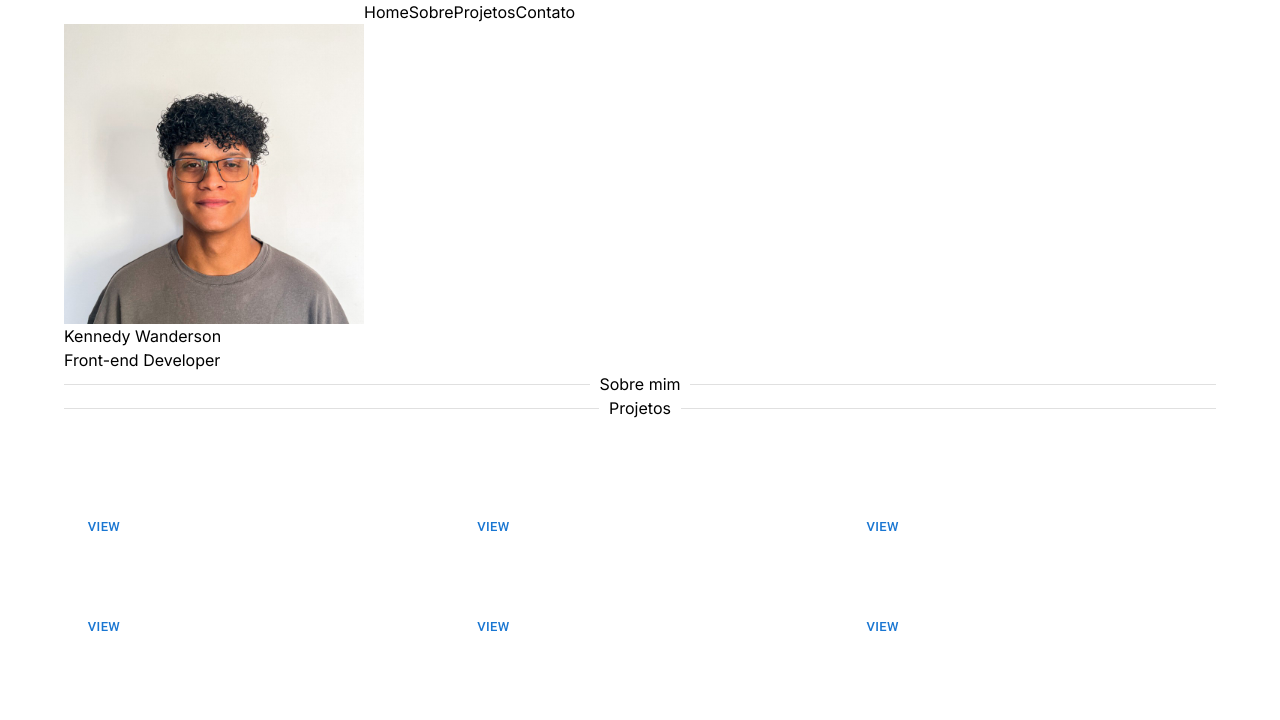
Repository: KennedyWanderson/landing
Page: /
The author's editor kept a copy of each file at every save. The page is drawn from the files as they stood at one save, then again after the next save.
The browser window is 1280 px wide. The pictures show the whole page.
The project was rebuilt for these pictures with package versions that can differ from the ones it lists, and the page was loaded fresh each time. The framework's server and built-in components were replaced by stand-ins that run in the browser. Also part of the build but not shown: next.config.js.

Above is the page before, as saved 2024-01-07 11:17:29.

After the next save:
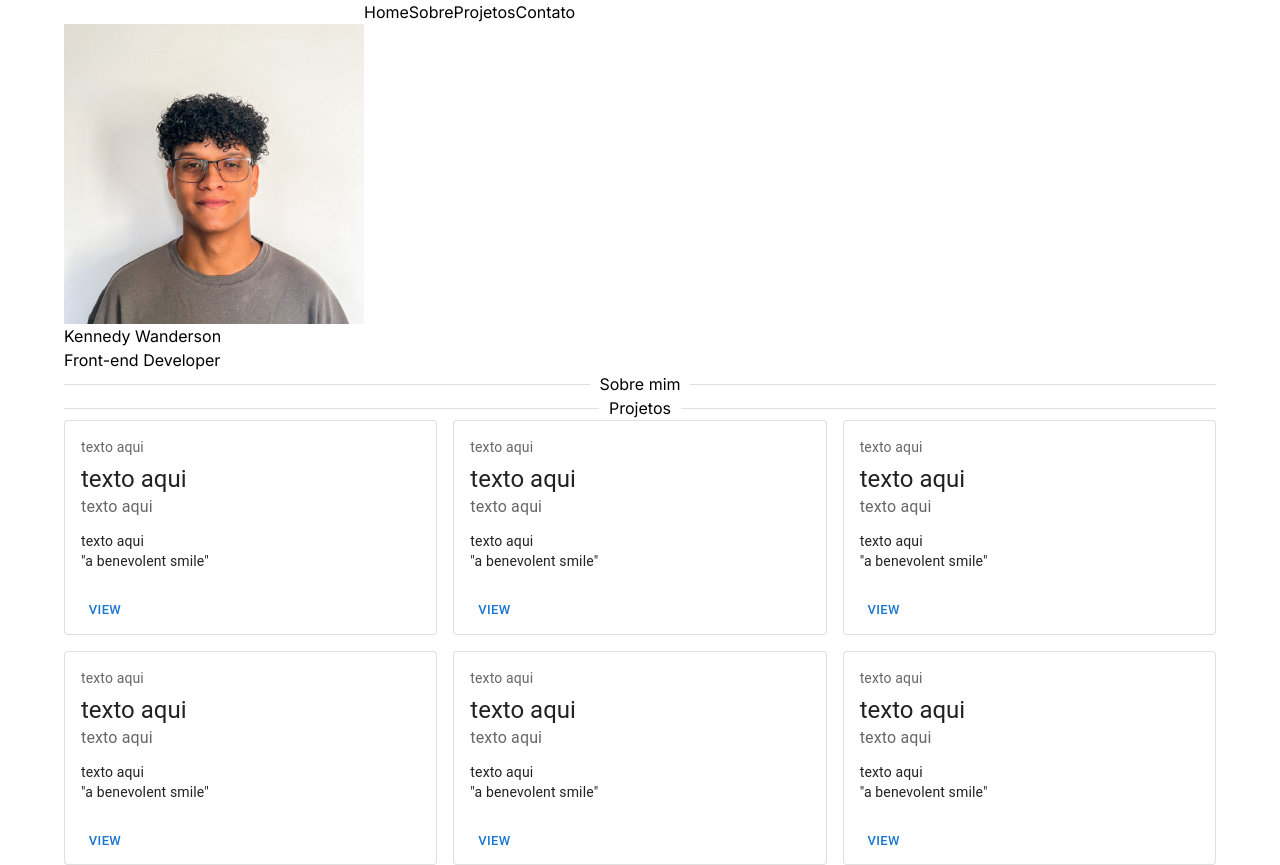
Saved 65 s later.
--- a/src/Components/Card.tsx
+++ b/src/Components/Card.tsx
@@ -1,51 +1,52 @@
 import * as React from 'react';
-import gsap from 'gsap';
-import { useRef, useEffect } from 'react';
-import { CardContent, CardActions, Typography, Button } from '@mui/material';
+import Box from '@mui/material/Box';
+import Card from '@mui/material/Card';
+import CardActions from '@mui/material/CardActions';
+import CardContent from '@mui/material/CardContent';
+import Button from '@mui/material/Button';
+import Typography from '@mui/material/Typography';
 
 interface AboutProps {
-  text: string;
-  // Outras propriedades
+    text: string;
+    icone?: any;
+    url?: string;
+    className?: string;
+    onClick?: (evento: any) => void;
 }
 
-export default function CardContentComponent(props: AboutProps) {
-  const informationRef = useRef<HTMLDivElement>(null);
-  const containerRef = useRef<HTMLDivElement>(null);
+function CardContentComponent(props: AboutProps) {
+    return (
+        <React.Fragment>
+            <CardContent>
+                <Typography sx={{ fontSize: 14 }} color="text.secondary" gutterBottom>
+                    {props.text}
+                </Typography>
+                <Typography variant="h5" component="div">
+                    {props.text}
+                </Typography>
+                <Typography sx={{ mb: 1.5 }} color="text.secondary">
+                    {props.text}
+                </Typography>
+                <Typography variant="body2">
+                    {props.text}
+                    <br />
+                    {'"a benevolent smile"'}
+                </Typography>
+            </CardContent>
+            <CardActions>
+                <Button size="small">View</Button>
+            </CardActions>
+        </React.Fragment>
+    );
+}
 
-  useEffect(() => {
-    if (informationRef.current && containerRef.current) {
-      const informationElement = informationRef.current;
-      const containerElement = containerRef.current;
-
-      gsap.set(informationElement, { yPercent: 100 });
-
-      gsap.utils.toArray(containerElement.querySelectorAll(".container")).forEach((container) => {
-        let silhouette = container.querySelector(".silhouette .cover"),
-          tl = gsap.timeline({ paused: true });
-
-        tl.to(informationElement, { yPercent: 0 }).to(silhouette, { opacity: 0 }, 0);
-
-        container.addEventListener("mouseenter", () => tl.timeScale(1).play());
-        container.addEventListener("mouseleave", () => tl.timeScale(3).reverse());
-      });
-    }
-  }, []);
-
-  return (
-    <React.Fragment>
-      <CardContent>
-        <div ref={containerRef} className="container">
-          <Typography sx={{ fontSize: 14 }} color="text.secondary" gutterBottom>
-            {props.text}
-          </Typography>
-        </div>
-        {/* Outros elementos de conteúdo */}
-      </CardContent>
-      <div ref={informationRef} className="information">
-        <CardActions>
-          <Button size="small">View</Button>
-        </CardActions>
-      </div>
-    </React.Fragment>
-  );
+export default function OutlinedCard() {
+    return (
+        <Box sx={{ minWidth: 275 }}>
+            <Card variant="outlined">
+                {/* Chama o componente CardContentComponent dentro do Card */}
+                <CardContentComponent text=" texto aqui" />
+            </Card>
+        </Box>
+    );
 }
